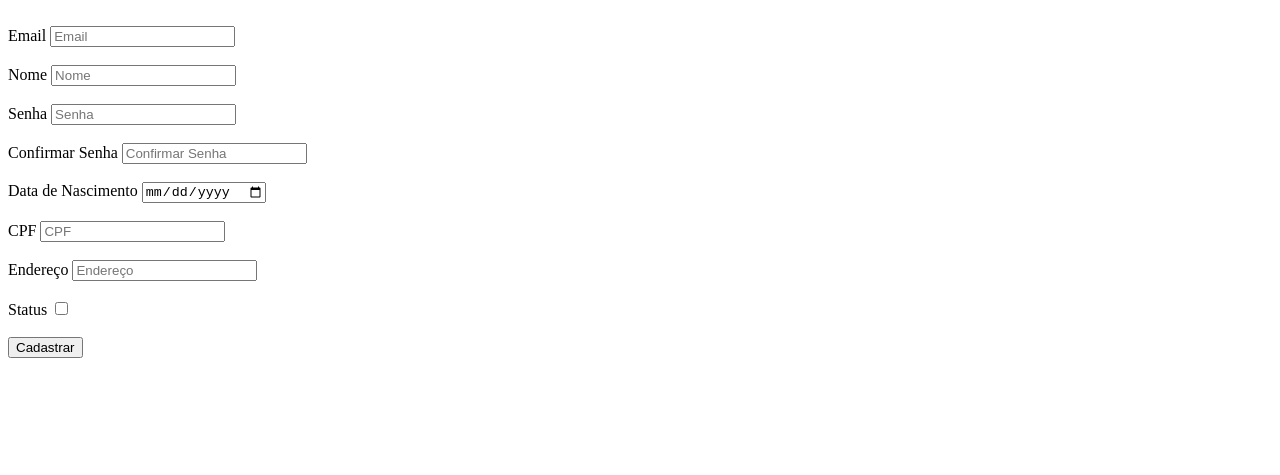
Repository: ThiagoP08/projeto-integrador-backend
Page: http://localhost/projeto-backend/cadastro.jsp
An editor plug-in stored every save of this project. The page is shown before and after the next save, followed by the edit.
The browser window is 1280 px wide. The pictures show the whole page.
The page is served by Tomcat 9.

Above is the page before, as saved 2023-09-29 02:29:04.

After the next save:
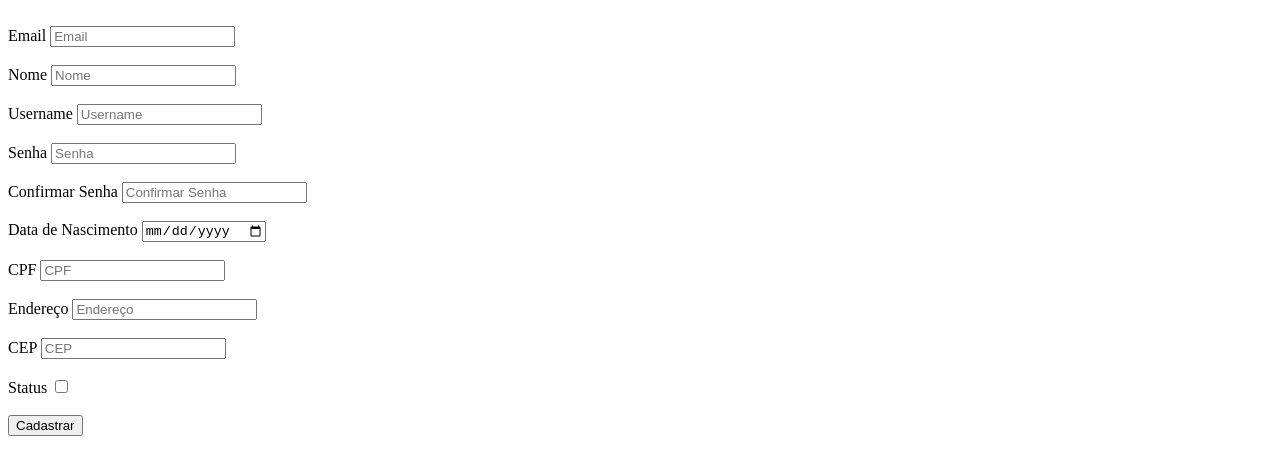
Saved 9 min 25 s later.
--- a/projeto-backend/src/main/webapp/cadastro.jsp
+++ b/projeto-backend/src/main/webapp/cadastro.jsp
@@ -19,12 +19,16 @@
 			<input type="text" name="nome" placeholder="Nome" />
 		</div><br/>
 		<div>
+			<label> Username </label>
+			<input type="text" name="username" placeholder="Username" />
+		</div><br/>
+		<div>
 			<label> Senha </label>
 			<input type="text" name="senha" placeholder="Senha" />
 		</div><br/>
-		<div>
+				<div>
 			<label> Confirmar Senha </label>
-			<input type="text" name="confirmarSenha" placeholder="Confirmar Senha" />
+			<input type="text" name="confirmSenha" placeholder="Confirmar Senha" />
 		</div><br/>
 		<div>
 			<label> Data de Nascimento </label>
@@ -39,6 +43,10 @@
 			<input type="text" name="endereco" placeholder="Endereço" />
 		</div><br/>
 		<div>
+			<label> CEP </label>
+			<input type="text" name="cep" placeholder="CEP" />
+		</div><br/>
+		<div>
 			<label> Status </label>
 			<input type="checkbox" name="status" value=true />
 		</div><br/>
